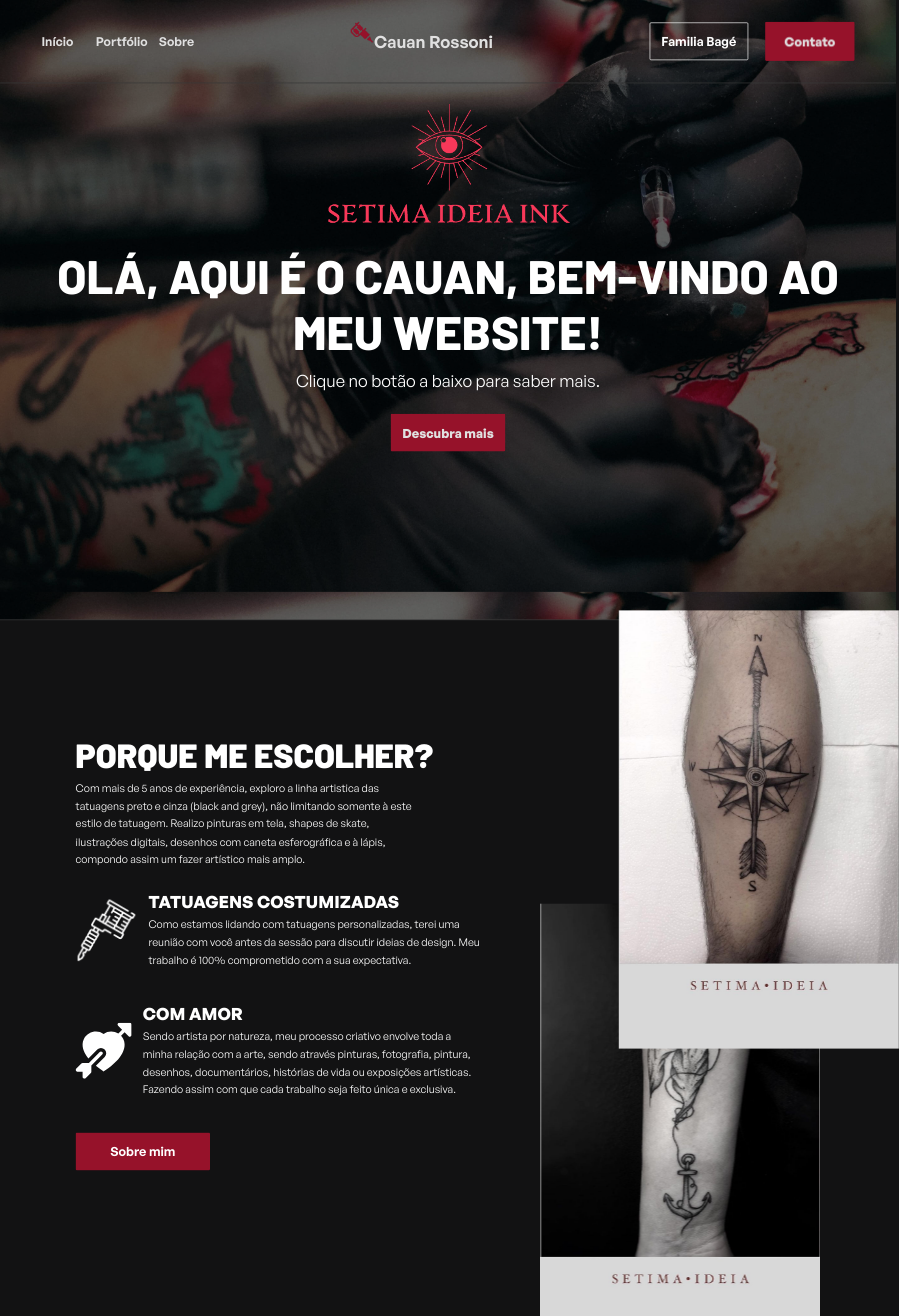
Repository: Leoka2000/S-tima-Ideia
Page: /
The author's editor kept a copy of each file at every save. The page is drawn from the files as they stood at one save, then again after the next save.
The browser window is 1280 px wide. The page is 1284 px wide, so the pictures cover 1284 px, including what lies to the right of the window. The pictures show the part of the page from y = 0 to 1880 px (the page is 7098 px tall), at 70% of full size.
Backgrounds fixed to the window are drawn as part of the page. The project was rebuilt for these pictures with package versions that can differ from the ones it lists, and the page was loaded fresh each time. Some packages were replaced by stand-ins written for this rebuild. Also part of the build but not shown: src/pages/main/instagram/instagram.css, src/pages/main/instagram/instagram.jsx, src/App.css, src/pages/portfolio/portfolio.css, src/data/database-common.js, src/pages/portfolio/loop-content.jsx, src/pages/portfolio/portfolio.jsx, src/pages/portfolio/index.jsx and 2 more. Imported but missing from the stored project, and not drawn on this page: src/assets/videos/cauan-video.mp4.

Above is the page before, as saved 2023-05-22 14:49:58.

After the next save:
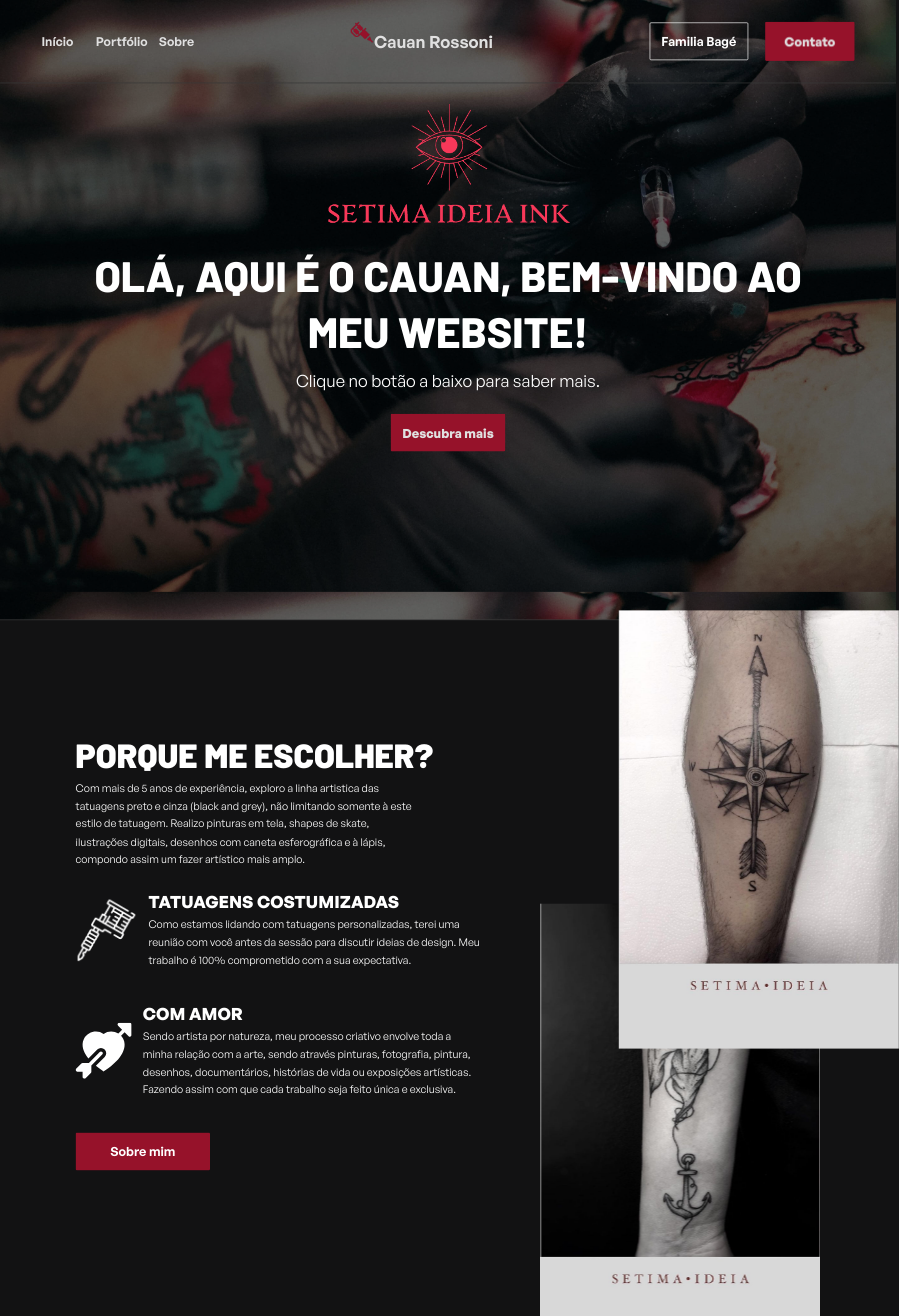
Saved 48 s later.
--- a/src/pages/main/hero/hero.css
+++ b/src/pages/main/hero/hero.css
@@ -26,7 +26,7 @@
 }
 
 .hero-wrapper>h1 {
-    font-size: 4.2rem;
+    font-size: 3.8rem;
     line-height: 5rem;
     max-width: 70rem;
     font-weight: 800;
